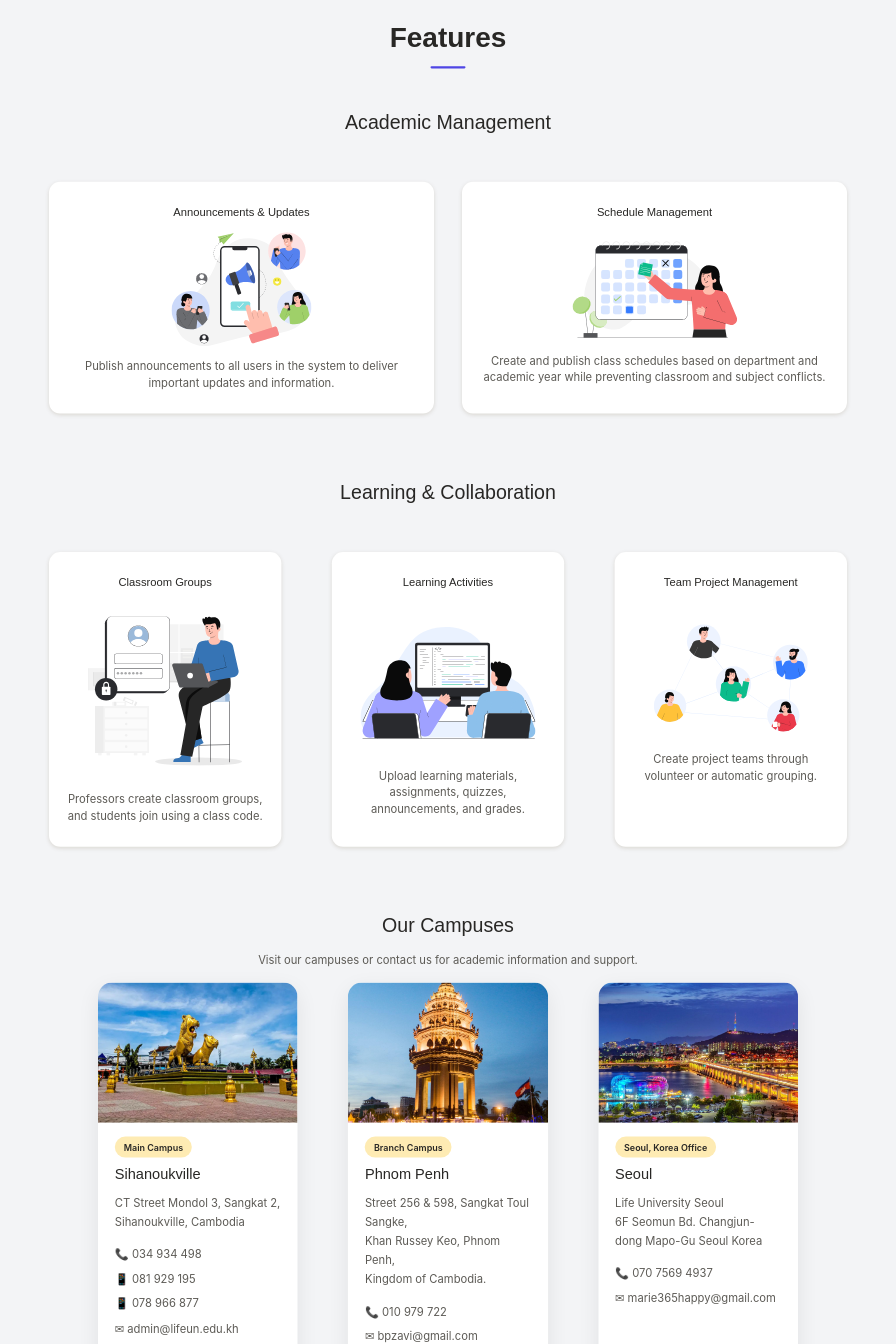
Repository: Chocovcandy/Classroom_Management_System
Page: http://localhost/
An editor plug-in stored every save of this project. The page is shown before and after the next save, followed by the edit.
The browser window is 1280 px wide. The pictures show the part of the page from y = 1424 to 3344 px (the page is 3409 px tall before and 3385 px after), at 70% of full size.
Some web libraries are served in a nearby version. The page is served by the project's Laravel application, run on PHP 8.4 with Laravel 12.

Above is the page before, as saved 2026-08-11 10:28:12.

After the next save:
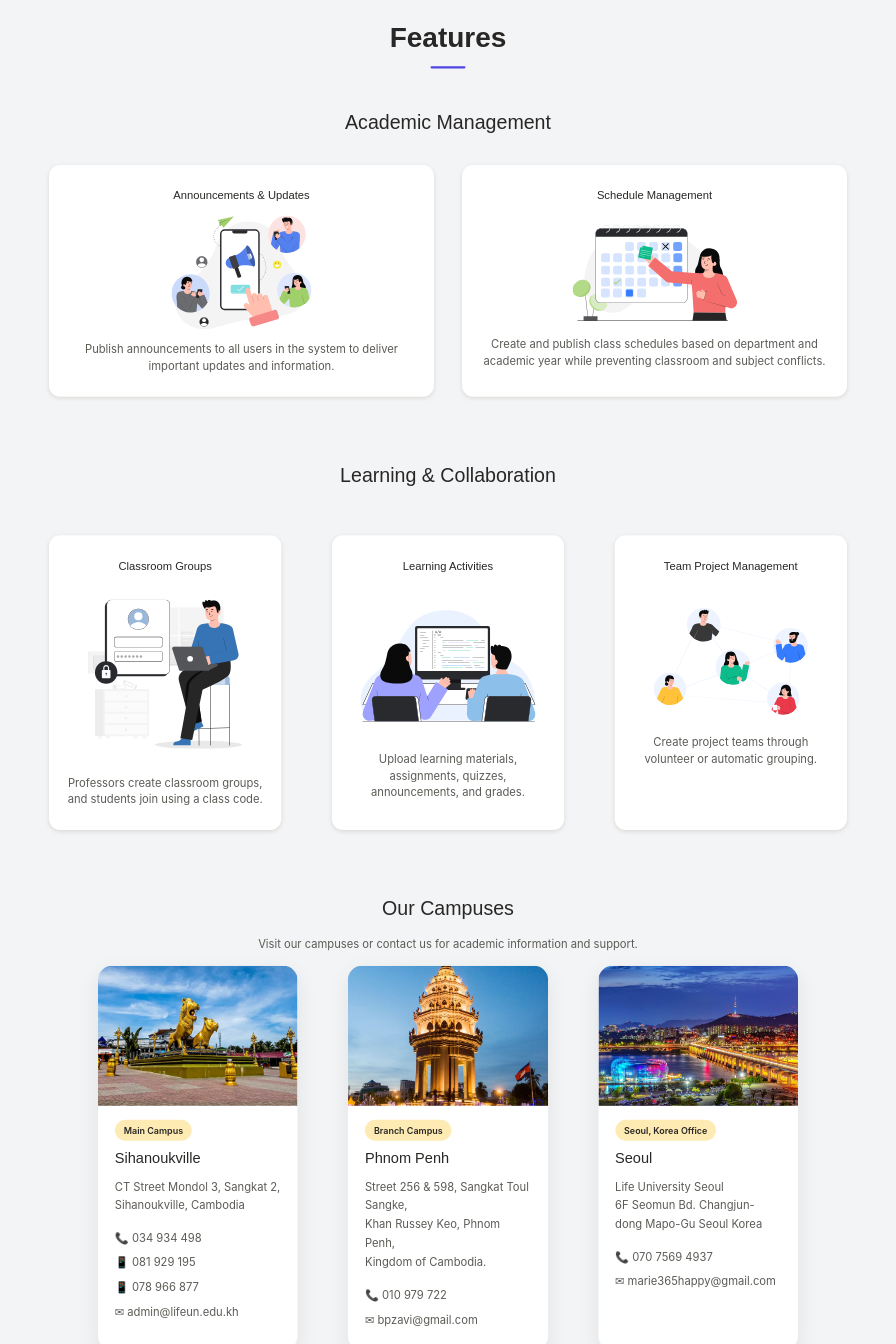
Saved 2 min 38 s later.
--- a/resources/views/welcome.blade.php
+++ b/resources/views/welcome.blade.php
@@ -132,7 +132,7 @@
                 </h2>
 
                 <h2 class="section__title">Academic Management</h2>
-                <div><br><br></div>
+                <div><br></div>
 
                 <div class="services__container services__container--two grid">
 
